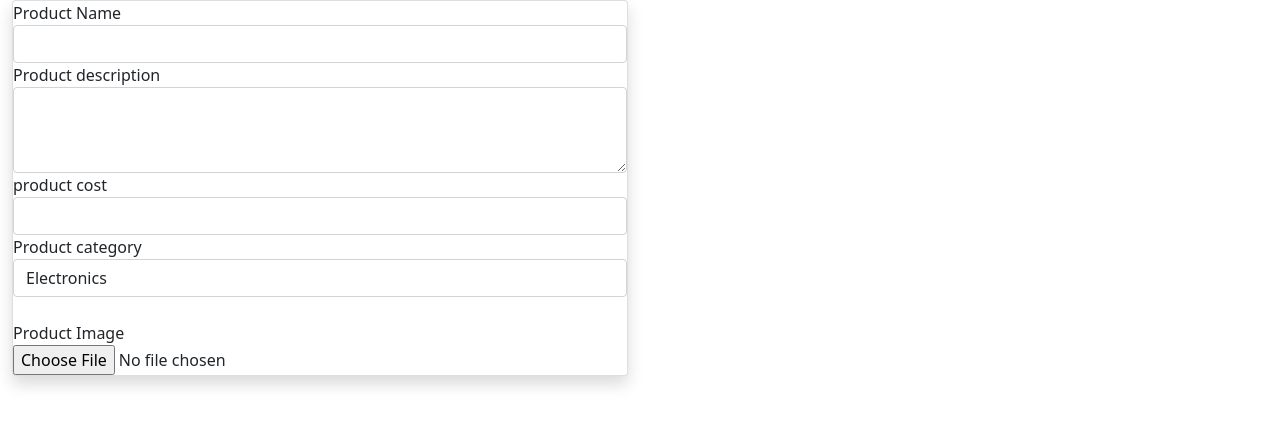
Repository: shanicenaliakanyongesa/Shanice
Page: http://localhost/upload
These files come from the project's save history. The page is drawn as it stood at one moment and after a run of saves; the edit follows.
The browser window is 1280 px wide. The pictures show the whole page.
The page is served by the project's application, run on Flask 3 (app.py).

Above is the page before, as saved 2024-02-16 15:02:19.

After the next 2 saves:
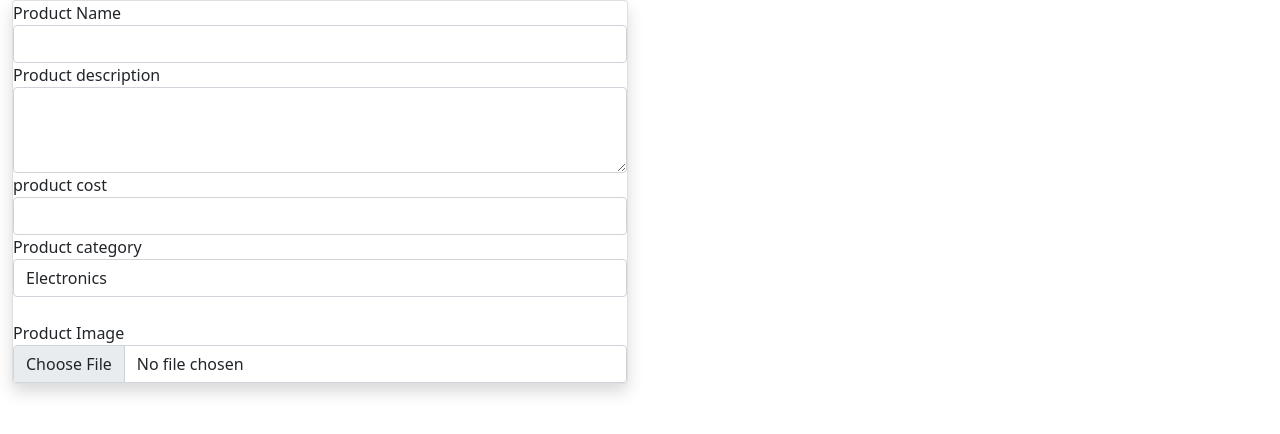
The 2 saves are shown as one change because they came seconds apart.
The last was saved 7 s later.
--- a/Desktop/shaniceflask/templates/upload.html
+++ b/Desktop/shaniceflask/templates/upload.html
@@ -28,7 +28,7 @@
                     </select>
                     <br>
                     <label for="">Product Image</label>
-                    <input type="file" name="product_image_name" id="" class="">
+                    <input type="file" name="product_image_name" id="" class="form-control">
 
 
 
